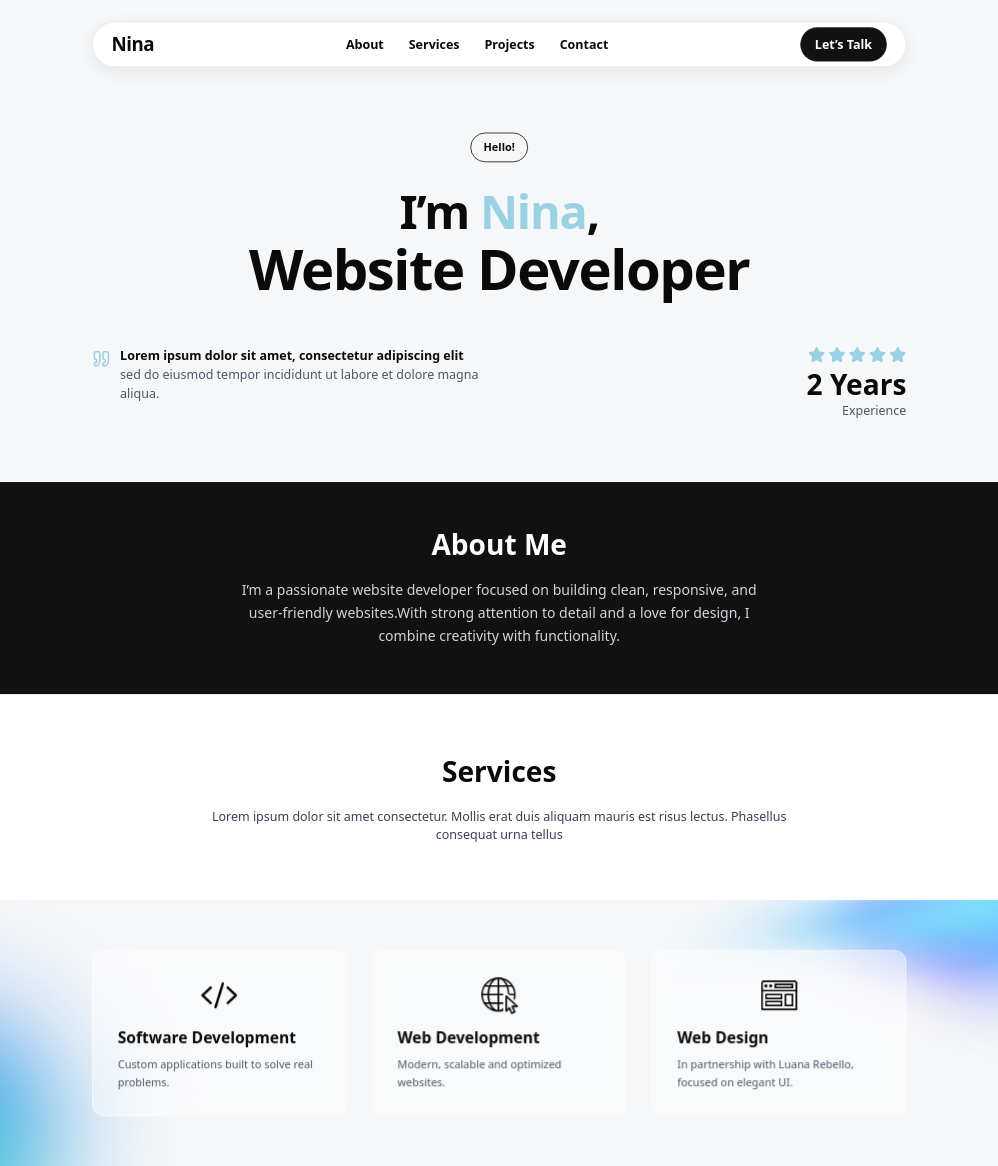
Repository: nina-rebello/portfolio
Page: /
The author's editor kept a copy of each file at every save. The page is drawn from the files as they stood at one save, then again after the next save.
The browser window is 1280 px wide. The pictures show the whole page, at 78% of full size.
The project was rebuilt for these pictures with package versions that can differ from the ones it lists, and the page was loaded fresh each time. The framework's server and built-in components were replaced by stand-ins that run in the browser. Also part of the build but not shown: next.config.ts.

Above is the page before, as saved 2025-09-11 17:25:38.

After the next save:
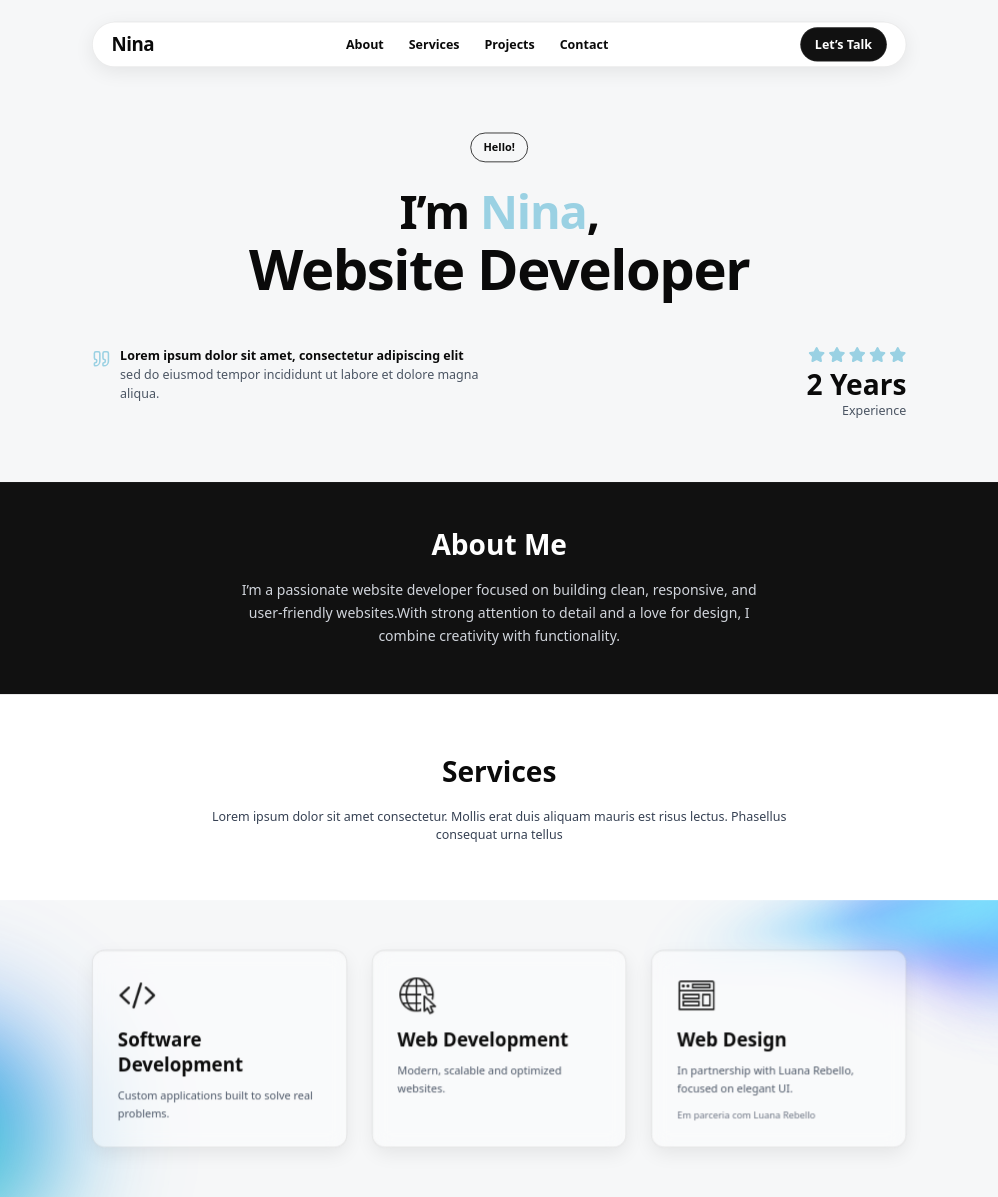
Saved 10 min 58 s later.
--- a/components/sections/Services.tsx
+++ b/components/sections/Services.tsx
@@ -54,27 +54,36 @@ export default function Services() {
       </div>
 
       {/* === grid de cards === */}
-      <div className="relative z-10 container-hero py-16">
-        <div className="grid gap-8 sm:grid-cols-2 lg:grid-cols-3">
-          {services.map((s) => (
-            <div
-              key={s.title}
-              className="rounded-2xl p-8 backdrop-blur-md hover:shadow-xl transition
-             bg-white/40 border border-white/70"
-              >
-              <Image
-                src={s.icon}
-                alt={s.title}
-                width={50}
-                height={50}
-                className="mx-auto mb-4"
-              />
-              <h3 className="font-bold text-xl mb-2">{s.title}</h3>
-              <p className="text-gray-600 text-sm leading-relaxed">{s.desc}</p>
-            </div>
-          ))}
+<div className="relative z-10 container-hero py-16">
+  <div className="grid gap-8 sm:grid-cols-2 lg:grid-cols-3">
+    {services.map((s) => (
+      <div
+        key={s.title}
+        className="rounded-2xl p-8 backdrop-blur-md bg-white/40
+                   border border-black/10 shadow-[0_8px_24px_rgba(0,0,0,0.08)]
+                   transition hover:shadow-[0_12px_32px_rgba(0,0,0,0.12)]"
+      >
+        <div className="flex flex-col items-start text-left">
+          <Image
+            src={s.icon}
+            alt={s.title}
+            width={50}
+            height={50}
+            className="mb-4 opacity-90"
+          />
+          <h3 className="font-semibold text-2xl mb-3">{s.title}</h3>
+          <p className="text-gray-600 text-sm leading-relaxed">{s.desc}</p>
+          {s.title === "Web Design" && (
+            <p className="mt-4 text-xs text-gray-500">
+              Em parceria com Luana Rebello
+            </p>
+          )}
         </div>
       </div>
+    ))}
+  </div>
+</div>
+
     </section>
   );
 }
